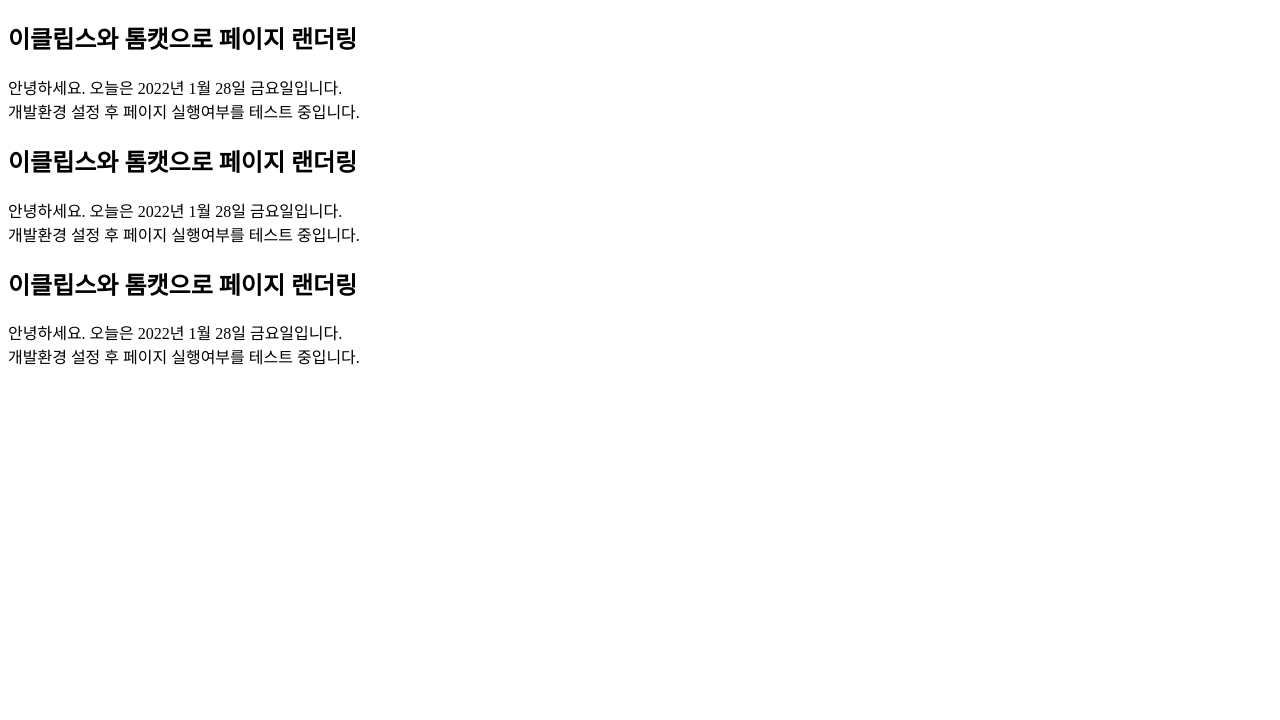
Repository: markahn02050/jsp_practice
Page: http://localhost/JSPBasic/Hello.jsp
The author's editor kept a copy of each file at every save. The page is drawn from the files as they stood at one save, then again after the next save.
The browser window is 1280 px wide. The pictures show the whole page.
The page is served by Tomcat 9.

Above is the page before, as saved 2022-01-28 02:04:08.

### JSPBasic/src/main/webapp/Hello.jsp
<%@ page language="java" contentType="text/html; charset=UTF-8"
    pageEncoding="UTF-8"%>
<!DOCTYPE html>
<html>
<head>
<meta charset="UTF-8">
<title>JSP 1일차 공부</title>
</head>
<body>

	<h2>이클립스와 톰캣으로 페이지 랜더링</h2>
	<p>
		안녕하세요. 오늘은 2022년 1월 28일 금요일입니다.<br/>
		개발환경 설정 후 페이지 실행여부를 테스트 중입니다.
	</p>

	<h2>이클립스와 톰캣으로 페이지 랜더링</h2>
	<p>
		안녕하세요. 오늘은 2022년 1월 28일 금요일입니다.<br/>
		개발환경 설정 후 페이지 실행여부를 테스트 중입니다.
	</p>

	<h2>이클립스와 톰캣으로 페이지 랜더링</h2>
	<p>
		안녕하세요. 오늘은 2022년 1월 28일 금요일입니다.<br/>
		개발환경 설정 후 페이지 실행여부를 테스트 중입니다.
	</p>

</body>
</html>

After the next save:
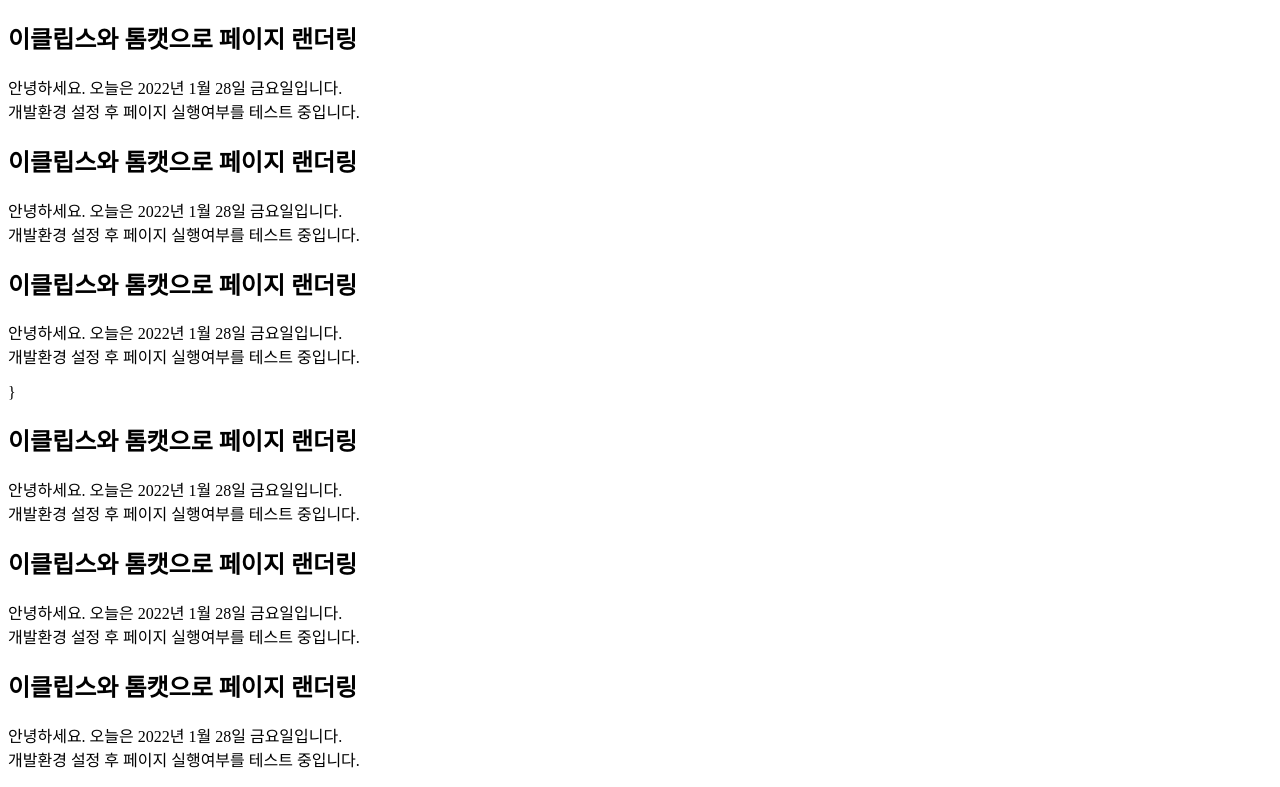
Saved 8 min 5 s later.
--- a/JSPBasic/src/main/webapp/Hello.jsp
+++ b/JSPBasic/src/main/webapp/Hello.jsp
@@ -3,10 +3,25 @@
 <!DOCTYPE html>
 <html>
 <head>
+	<script>
+		// 자바스크립트를 중간에 이렇게 삽입 했었음.
+	</script>
 <meta charset="UTF-8">
 <title>JSP 1일차 공부</title>
 </head>
 <body>
+	<!--  JSP에서는 스크립트릿이라는 태그를 이용해서
+	JS의 script태그처럼 내부에 자바 구문을 작성할 수 있습니다. -->
+
+	<% for(int i = 0; i < 3; i++){%>
+
+		<h2>이클립스와 톰캣으로 페이지 랜더링</h2>
+		<p>
+		안녕하세요. 오늘은 2022년 1월 28일 금요일입니다.<br/>
+		개발환경 설정 후 페이지 실행여부를 테스트 중입니다.
+		</p>
+		<%} %>
+	}
 
 	<h2>이클립스와 톰캣으로 페이지 랜더링</h2>
 	<p>
